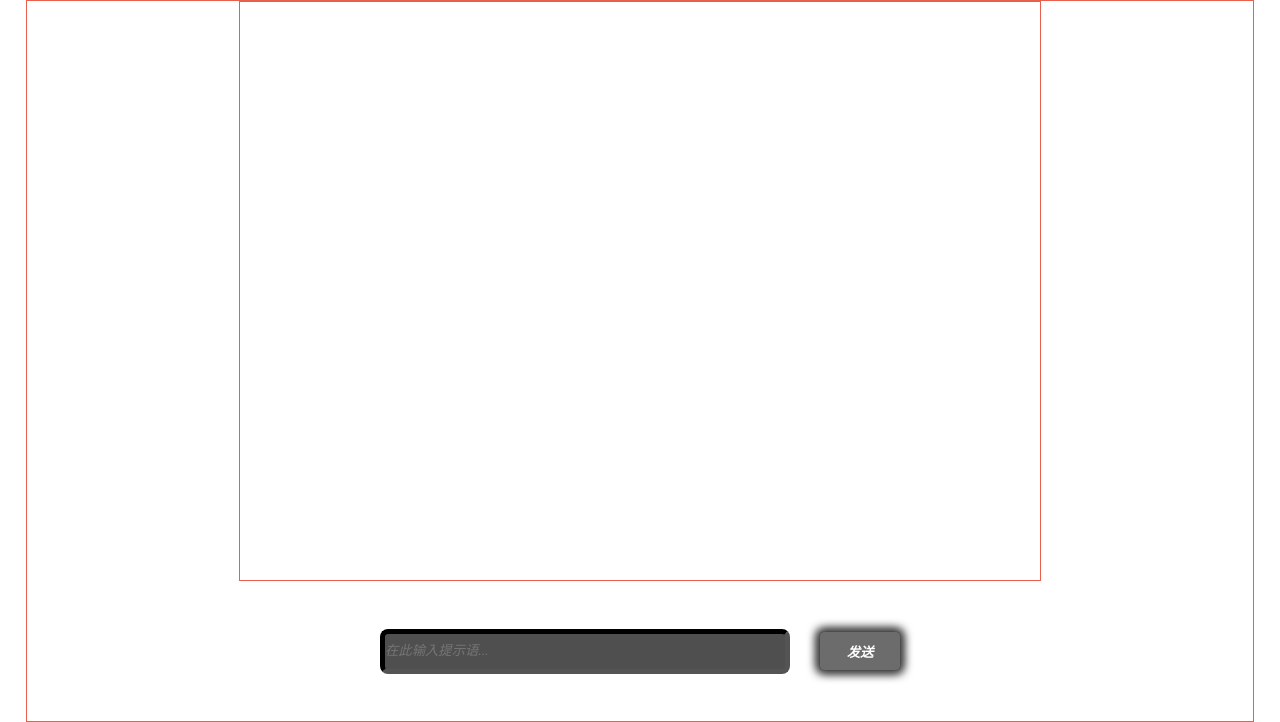
Repository: forFishbonein/chatbot-hao-gpt
Page: / (app in chat-bot-app/)
These files come from the project's save history. The page is drawn as it stood at one moment and after the next save; the edit follows.
The browser window is 1280 px wide. The pictures show the whole page.
The project was rebuilt for these pictures with package versions that can differ from the ones it lists, and the page was loaded fresh each time. Also part of the build but not shown: chat-bot-app/vite.config.js, chat-bot-app/src/components/background/ParticleAnimation.vue.

Above is the page before, as saved 2023-04-14 09:40:09.

### chat-bot-app/index.html
<!DOCTYPE html>
<html lang="en">

<head>
  <meta charset="UTF-8" />
  <link rel="icon" type="image/svg+xml" href="/vite.svg" />
  <meta name="viewport" content="width=device-width, initial-scale=1.0" />
  <title>Vite + Vue3.2 + TypeScript</title>
</head>

<body>
  <div id="app"></div>
  <script type="module" src="/src/main.ts"></script>
</body>

</html>

### chat-bot-app/src/main.ts
import { createApp } from "vue";
import pinia from "@/store";
import App from "./App.vue";
import router from "@/router";
import "@/assets/css/reset.css";
// 引入字体
// import "@/assets/fonts/font.css";
// 引入图标库
// import "@/assets/font/iconfont";
// 引入全局element-icon
import * as ElementPlusIconsVue from "@element-plus/icons-vue";

//创建实例
const setupAll = async () => {
  const app = createApp(App);
  app.use(router);
  app.use(pinia);
  for (const [key, component] of Object.entries(ElementPlusIconsVue)) {
    app.component(key, component);
  }
  app.mount("#app");
};
setupAll();

### chat-bot-app/src/components/BaseFooter.vue
<script setup lang="ts"></script>

<template>
  <div></div>
</template>

<style lang="scss" scoped></style>

### chat-bot-app/src/components/BaseHeader.vue
<script setup lang="ts"></script>

<template>
  <div></div>
</template>

<style lang="scss" scoped></style>

### chat-bot-app/src/store/index.ts
import { createPinia } from "pinia";
import piniaPluginPersistedstate from "pinia-plugin-persistedstate";
const pinia = createPinia();
pinia.use(piniaPluginPersistedstate);
export default pinia;

### chat-bot-app/src/App.vue
<script setup lang="ts">
console.log(
  "---环境变量----", // @ts-ignore
  import.meta.env
);
</script>
<template>
  <router-view></router-view>
</template>

<style>
/* .icon {
  width: 1.2em;
  height: 1.2em;
  vertical-align: -0.15em;
  fill: currentColor;
  overflow: hidden;
  color: #e8604c;
} */
#nprogress .bar {
  background-color: #c60b1e !important;
  border: 1px #c60b1e solid;
}
</style>

### chat-bot-app/src/router/index.ts
import {
  createRouter,
  createWebHashHistory,
  createWebHistory,
} from "vue-router";
import NProgress from "nprogress";
import "nprogress/nprogress.css";
import { mainStore } from "@/store/user";
import { UserInfo } from "@/apis/user/uInterface";

// 1. 定义路由组件， 注意，这里一定要使用 文件的全名（包含文件后缀名）
// import countIndex from "../pages/count/countIndex.vue";

// 2. 定义路由配置
import { routes } from "./router.config";

// 3. 创建路由实例
const router = createRouter({
  // history: createWebHashHistory(import.meta.env.VITE_PUBLIC_PATH),
  // @ts-ignore
  history: createWebHashHistory(import.meta.env.VITE_PUBLIC_PATH),
  routes,
  strict: true,
  scrollBehavior: () => ({ left: 0, top: 0 }),
});

NProgress.configure({
  easing: "ease", // 动画方式
  speed: 500, // 递增进度条的速度
  showSpinner: false, // 是否显示加载 icon
  trickleSpeed: 200, // 自动递增间隔
  minimum: 0.3, // 初始化时的最小百分比
});

// 4. 配置路由守卫
router.beforeEach((to, from, next) => {
  if (to.meta.title) {
    // @ts-ignore
    document.title = to.meta.title;
  }
  NProgress.start();
  const store = mainStore(); //移动到了路由守卫里面，否则persist不生效
  // 如果本地存在token;
  if (store.token !== "") {
    if (to.path === "/login" || to.path === "/register") {
      next({ path: "/" });
    } else {
      if (
        //@ts-ignore
        store.getUserFlag === false
      ) {
        store
          .getUserInfo() // 获取用户信息
          .then(async (res) => {
            // alert("获取用户信息成功");
            console.log("用户信息：");
            console.log(store.userInfo);
            console.log(store.userInfo.email);
            store.getUserFlag = true;
            next();
          })
          .catch(() => {
            //@ts-ignore
            ElMessage({
              type: "warning",
              message: "你的登录已过期！",
            });
            store.getUserFlag = false;
            store.userInfo = {} as UserInfo;
            next();
          });
      } else {
        // 如果已经获取到了用户信息
        next();
      }
    }
  } else {
    //如果本地不存在token //但如果是要去到需要登录的页面
    if (to.matched.some((r) => r.meta.requireLogin)) {
      store.getUserFlag = false;
      //@ts-ignore
      ElMessage({
        type: "warning",
        message: "登录后才能打开新天地哦！",
      });
      //@ts-ignore //不知道会不会出错
      router.push(-1);
    } else {
      next(); //其余不需要登录的页面就直接放开
    }
  }
});

router.afterEach((to, from, next) => {
  NProgress.done();
});

// 5. 导出router
export default router;

### chat-bot-app/src/assets/css/reset.css
/*解决8像素问题*/
body,
div,
dl,
dt,
dd,
ul,
ol,
li,
h1,
h2,
h3,
h4,
h5,
h6,
pre,
form,
fieldset,
legend,
input,
textarea,
button,
p,
blockquote,
th,
td {
    margin: 0;
    padding: 0;
}

/*文字自动居中*/
body {
    text-align: center;
    font-family: Helvetica Neue, Helvetica, Arial, Microsoft Yahei, Hiragino Sans GB, Heiti SC, WenQuanYi Micro Hei, sans-serif;
}

/*去掉前面的小圆点*/
ul,
ol,
li {
    list-style: none;
}

/*取消a的下划线*/
a {
    text-decoration: none;
    /*设置a的字体颜色，蓝色太丑了*/
    color: #333;
    /*设置链接变成小手*/
    cursor: pointer;
}

/*去掉边框，自动垂直居中*/
input,
button,
img,
select,
textarea {
    border: none;
    vertical-align: middle;
    outline: none;
    /*去掉选中产生的黑框*/
}

textarea {
    resize: none;
    /*禁止自动更改大小*/
    text-indent: 2em;
    /*首行缩进2字符*/
}

button {
    cursor: pointer;
}

/*居中板块*/
/*每一个板块都必须要套上wrap，要不然放大缩小会位置错乱*/
.wrap {
    width: 1226px;
    /*高度由内容撑开*/
    margin: 0 auto;
}

label {
    cursor: pointer;
}

### chat-bot-app/src/store/user.ts
import { defineStore } from "pinia";
import { UserInfo } from "@/apis/user/uInterface";
import { passLogin, logout } from "@/apis/user/login";
import { register } from "@/apis/user/register";
import { getUserInfo } from "@/apis/user/user";
import pinia from "@/store";
export interface UserState {
  userInfo: UserInfo;
  token: string;
  getUserFlag: boolean;
}
export const mainStore = defineStore("main", {
  persist: {
    key: "main",
    storage: window.localStorage,
  }, //开启缓存
  state: () =>
    ({
      userInfo: {
        // email: "",
      } as UserInfo,
      token: "",
      getUserFlag: false,
    } as UserState),
  getters: {},
  actions: {
    passLogin(passData: any) {
      return new Promise((resolve, reject) => {
        try {
          passLogin(passData).then((res) => {
            // @ts-ignore
            console.log(res.message);
            // @ts-ignore
            this.$state.token = res.message;
            // setToken(res.data);
            resolve(res);
          });
        } catch (error) {
          console.log(error);
          reject(error);
        }
      });
    },
    getUserInfo() {
      return new Promise((resolve, reject) => {
        getUserInfo(this.$state.token)
          .then((res) => {
            // @ts-ignore
            if (res.code === 2000) {
              this.$state.userInfo = res.data;
              resolve(res);
            } else {
              //@ts-ignore
              this.$state.userInfo = {} as UserInfo; //清空对象
              this.$state.getUserFlag = false;
              this.$state.token = "";
              // removeToken();
              resolve(res);
            }
          })
          .catch((error) => {
            //@ts-ignore
            this.$state.userInfo = {} as UserInfo; //清空对象
            this.$state.getUserFlag = false;
            this.$state.token = "";
            // removeToken();
            reject(error);
          });
      });
    },
    register(registerData: any) {
      return new Promise((resolve, reject) => {
        try {
          register(registerData).then((res) => {
            console.log(res.data);
            // 不会返回token
            // this.$state.token = res.data;
            // setToken(res.data);
            resolve(res);
          });
        } catch (error) {
          console.log(error);
          reject(error);
        }
      });
    },
    fedLogOut() {
      return new Promise((resolve, reject) => {
        try {
          this.$state.userInfo = {} as UserInfo; //清空对象
          // setFlag(false);
          this.$state.getUserFlag = false;
          this.$state.token = "";
          resolve("用户超时登出成功"); //这里传参不能为空，ts严格检查
        } catch (error) {
          reject(error);
        }
      });
    },
    logout() {
      return new Promise((resolve, reject) => {
        //@ts-ignore
        this.$state.userInfo = {} as UserInfo; //清空对象
        console.log(this.$state.userInfo);
        this.$state.token = ""; //重置token
        this.$state.getUserFlag = false; //改变用户信息标志变量
        // 调用后端接口，也可以不调用！
        // logout(this.$state.token)
        //   .then((res) => {
        //     console.log(res);
        //     if (res) {
        //       //@ts-ignore
        //       this.$state.userInfo = {} as UserInfo; //清空对象
        //       console.log(this.$state.userInfo);
        //       this.$state.token = ""; //重置token
        //       this.$state.getUserFlag = false; //改变用户信息标志变量
        //       resolve(res);
        //     }
        //   })
        //   .catch((error) => {
        //     console.log(error);
        //     reject(error);
        //   });
      });
    },
  },
});

### chat-bot-app/src/router/router.config.ts
import { RouteRecordRaw } from "vue-router";
// import Index from "@/Index.vue";

export const routes: Array<RouteRecordRaw> = [
  {
    path: "/",
    name: "Index", //App中包裹Index
    meta: {
      title: "首页",
      keepAlive: true,
      // requireLogin: true, //先加在这里，表示需要登录！
    },
    component: () => import("@/Index.vue"),
    // component: Index,
    redirect: "/chat", //Index中包裹Home等组件
    children: [
      {
        path: "/chat",
        name: "Chat",
        component: () => import("@/views/Chat.vue"), //这个不行，会加载不出来
        // component: Home,
        meta: { title: "首页", keepAlive: true, showTab: true },
      },
    ],
  },
];

### chat-bot-app/src/apis/user/login.ts
import httpRequest from "@/request";
import { passLoginInfo } from "@/apis/user/uInterface";
export const passLogin = (passData: passLoginInfo) => {
  // console.log(passData);
  return httpRequest({
    data: passData,
    method: "post",
    url: "/login",
    // loading: false, //显示加载圈
  });
};

export function logout(token: string) {
  return httpRequest({
    data: token,
    url: "/logout",
    method: "post",
    // loading: false,
  });
}

### chat-bot-app/src/apis/user/register.ts
import httpRequest from "@/request";
import { registerInfo } from "@/apis/user/uInterface";
// export const postCode = (email: string) => {
//   console.log(email);
//   return httpRequest({
//     data: email,
//     method: "post",
//     url: "http://localhost:8081/send",
//   });
// };

export const register = (registerData: registerInfo) => {
  // console.log(registerData);
  return httpRequest({
    data: registerData,
    method: "post",
    url: "/user/info",
    // loading: false,
  });
};

### chat-bot-app/src/apis/user/user.ts
import httpRequest from "@request/index";
import { UserInfo } from "@/apis/user/uInterface";
export const getUserInfo = (token: string) => {
  return httpRequest({
    url: "/token",
    method: "get",
    headers: { Authorization: token },
    loading: false, //这里好像必须开启，不知道为啥！！！这样有token时配合路由监测进主页的时候才不会报错！
  });
};
export const getUserInfoById = (userId: string) => {
  return httpRequest({
    url: `http://localhost:8081/user/${userId}`,
    method: "get",
    // loading: false,
  });
};

/* 修改用户信息 */
export const modifyUserInfo = (userInfo: UserInfo) => {
  return httpRequest({
    data: userInfo,
    method: "post",
    url: "/user/info",
    // loading: false,
  });
};

/* 修改密码 */
export const modifyUserPass = (data: any) => {
  return httpRequest({
    url: "http://localhost:8081/user/updatepassword",
    method: "put",
    data: data,
    // loading: false,
  });
};

/* 更新头像 */
export const updateUserAvater = (userId: string, imgUrl: string) => {
  return httpRequest({
    url: "http://localhost:8081/user/updatehead",
    method: "put",
    data: {
      id: userId,
      url: imgUrl,
    },
    // loading: false,
  });
};

### chat-bot-app/src/Index.vue
<script setup lang="ts">
import { onMounted } from "vue";
import { useRoute } from "vue-router";
import { useRouter } from "vue-router";
const route = useRoute();
const router = useRouter();
onMounted(() => {});
</script>
<template>
  <div class="page-wrapper">
    <BaseHeader></BaseHeader>
    <router-view v-slot="{ Component }">
      <!-- <keep-alive v-if="$route.meta.keepAlive"> -->
      <!-- 只有在一个容器切换时alive才生效，并且只有include可以生效，meta不行 -->
      <keep-alive :include="['Home']">
        <component :is="Component" />
      </keep-alive>
      <!-- <component :is="Component" v-else /> -->
    </router-view>
    <BaseFooter></BaseFooter>
  </div>
</template>

<style lang="scss" scoped></style>

### chat-bot-app/src/views/Chat.vue
<script setup lang="ts">
import { ref, reactive, defineExpose, onMounted } from "vue";
import { useRouter } from "vue-router";
import { sendMessage } from "@/apis/chat";
import { resultMessagesType } from "@/apis/Interface";
let prompt = ref("");
let messages = ref([] as resultMessagesType[]);
const clickToSend = () => {
  const data = { message: prompt.value };
  sendMessage(data).then((res) => {
    messages.value.push({ content: prompt.value, isBot: false });
    messages.value.push({ content: res.data.content, isBot: true });
    prompt.value = "";
  });
};
onMounted(() => {
  let mainContainer = document.getElementById("main-container");
  //用于使map自适应高度和宽度,通过窗体高宽计算容器高宽
  let resizeMainContainer = function () {
    // @ts-ignore
    // mainContainer.style.width = window.innerWidth + "px";
    mainContainer.style.width = "1226px";
    // @ts-ignore
    mainContainer.style.height = window.innerHeight + "px";
  };
  //设置容器高宽
  resizeMainContainer();
});
</script>
<template>
  <div id="main-container">
    <div class="message-wapper">
      <div class="messages">
        <div v-for="(m, i) in messages" :key="i" class="line-block">
          <div v-if="m.isBot" class="bot-say">
            <img src="@/assets/img/bot.png" />
            <div>{{ m.content }}</div>
          </div>
          <div v-else class="my-say">
            <div>{{ m.content }}</div>
            <img src="@/assets/img/people.png" />
          </div>
        </div>
      </div>
      <div class="operate-board">
        <input
          v-model="prompt"
          type="text"
          placeholder="在此输入提示语..."
          class="inputStyle"
        />
        <button @click="clickToSend" class="buttonStyle">发送</button>
      </div>
    </div>
  </div>
</template>

<style lang="scss" scoped>
#main-container {
  // width: 1000px;
  // height: 800px;
  margin: 0 auto;
  border: 1px #e8604c solid;
}
.message-wapper {
  width: 800px;
  height: 100%;
  margin: 0 auto;
  display: flex;
  flex-direction: column;
  justify-content: center;
  align-items: center;
  .messages {
    width: 800px;
    height: 80%;
    position: relative;
    border: 1px #e8604c solid;
    padding-top: 20px;

    .line-block {
      width: 100%;
      height: 40px;
    }
    .my-say {
      display: flex;
      justify-content: center;
      align-items: center;
      position: absolute;
      right: 10px;
      img {
        width: 40px;
        height: 40px;
        display: inline-block;
        cursor: pointer;
      }
      div {
        background-color: black;
        color: rgb(255, 255, 255);
        font-size: 14px;
        padding: 10px;
        border-radius: 10px;
        box-shadow: 0 0 1px #272727, 0 0 10px 2px #3c3c3c, 0 0 10px 4px #4f4f4f;
        margin-right: 20px;
      }
    }
    .bot-say {
      display: flex;
      justify-content: center;
      align-items: center;
      position: absolute;
      left: 10px;
      img {
        width: 40px;
        height: 40px;
        display: inline-block;
        cursor: pointer;
      }
      div {
        background-color: black;
        color: rgb(255, 255, 255);
        font-size: 14px;
        padding: 10px;
        border-radius: 10px;
        box-shadow: 0 0 1px #272727, 0 0 10px 2px #3c3c3c, 0 0 10px 4px #4f4f4f;
        margin-left: 20px;
      }
    }
  }
  .operate-board {
    // position: absolute;
    // bottom: 0px;
    width: 800px;
    height: 20%;
    display: flex;
    justify-content: center;
    align-items: center;
  }
}

.buttonStyle {
  height: 38px;
  width: 80px;
  border: 0;
  background-color: #6c6c6c;
  box-shadow: 0 0 1px #272727, 0 0 10px 2px #3c3c3c, 0 0 10px 4px #4f4f4f;
  border-radius: 4px;
  font-family: Calibri;
  font-weight: 800;
  font-style: italic;
  color: rgb(255, 255, 255);
  cursor: pointer;
  margin-left: 30px;
}
.buttonStyle:hover {
  animation: buttonEffect 0.4s linear;
  transition-timing-function: linear;
}
.buttonStyle:active {
  transform: scale(1.2);
  bottom: -3px;
  transition-timing-function: ease-in-out;
}
@keyframes buttonEffect {
  0% {
    background: radial-gradient(ellipse 20px 8px, white, black, black);
  }
  20% {
    background: radial-gradient(ellipse 30px 12px, white, black, black);
  }
  40% {
    background: radial-gradient(ellipse 40px 16px, white, black, black);
  }
  60% {
    background: radial-gradient(ellipse 50px 20px, white, black, black);
  }
  80% {
    background: radial-gradient(ellipse 60px 24px, white, black, black);
  }
  100% {
    background: radial-gradient(ellipse 70px 280px, white, black, black);
  }
}
.inputStyle {
  width: 400px;
  height: 35px;
  background-color: #4f4f4f;
  border-radius: 8px;
  border-width: 5px 5px 5px 5px;
  border-style: inset;
  border-color: black;
  font-family: "Droid Sans Mono Slashed";
  font-weight: 300;
  font-style: italic;
  color: rgb(255, 255, 255);
}
.inputStyle:focus {
  background-color: black;
}
.inputStyle:hover {
  animation: inputEffect 0.8s linear;
  transition-timing-function: linear;
}
@keyframes inputEffect {
  0% {
    border-top-color: rgb(255, 255, 255);
    background: linear-gradient(to right, rgb(255, 255, 255), black 20%);
  }
  25% {
    border-right-color: rgb(255, 255, 255);
    background: linear-gradient(to right, rgb(255, 255, 255), black 40%);
  }
  50% {
    border-bottom-color: rgb(255, 255, 255);
    background: linear-gradient(to right, rgb(255, 255, 255), black 60%);
  }
  75% {
    border-left-color: rgb(255, 255, 255);
    background: linear-gradient(to right, rgb(255, 255, 255), black 80%);
  }
  100% {
    border-color: cyan;
    background: linear-gradient(to right, rgb(255, 255, 255), black 100%);
  }
}
</style>

### chat-bot-app/src/request/index.ts
/**
 * @description [ axios 请求封装]
 */
// 根据环境不同引入不同api地址
import { config } from "@/config";
import { Message } from "@/utils/resetMessage";
import axios, { AxiosResponse, AxiosRequestConfig } from "axios";
// import { store } from "@/main";

const service = axios.create({
  baseURL: config.baseApi, // 所有的请求地址前缀部分
  timeout: 20000, // 请求超时时间毫秒
  // withCredentials: true, // 异步请求携带cookie
  headers: {
    // 设置后端需要的传参类型
    "Content-Type": "application/json",
    // token: "your token",
    "X-Requested-With": "XMLHttpRequest",
  },
});

service.interceptors.request.use(
  //@ts-ignore
  (config: AxiosRequestConfig) => {
    // alert(store.pinia); //最早在这里可以获取
    // 加载动画
    // if (config.loading) {
    //   //@ts-ignore
    //   ElLoading.service({
    //     lock: true,
    //     text: "Loading...",
    //     background: "rgba(0, 0, 0, 0.05)",
    //   });
    // }

    // 在此处添加请求头等，如添加 token，这样登录之后每次请求都会自动带上token，实际上在apis中就不需要写token了
    // if (store.token) {
    //   //@ts-ignore
    //   config.headers["Authorization"] = store.token;
    // }

    return config;
  },
  (error: any) => {
    Promise.reject(error);
  }
);

service.interceptors.response.use(
  (response) => {
    //@ts-ignore //并不会创建一个新的loading
    // const loading = ElLoading.service({
    //   lock: true,
    //   text: "Loading",
    //   background: "rgba(0, 0, 0, 0.05)",
    // });
    // loading.close();

    // session过期？
    // if (response.headers["session_time_out"] == "timeout") {
    //   store.fedLogOut();
    // }

    // const res = response.data; //返回数据就是Promise的data，即整个后端返回的对象
    // if (res.code !== 2000) {
    //   console.log(response);
    //   console.log(res);
    //   console.log("code不为2000,默认报错!!!!要加一下code");
    //   // token 过期
    //   if (res.code === 401) {
    //     // 警告提示窗
    //     Message({
    //       type: "warning",
    //       message: res.msg,
    //     });
    //     return;
    //   }
    //   if (res.code == 403) {
    //     Message({
    //       type: "warning",
    //       message: res.msg,
    //     });
    //     return;
    //   }
    //   if (res.code == 500204) {
    //     Message({
    //       type: "error",
    //       message: res.msg,
    //     });
    //     return;
    //   }
    //   if (res.code == 500202) {
    //     Message({
    //       type: "error",
    //       message: res.msg,
    //     });
    //     return;
    //   }
    //   // 若后台返回错误值，此处返回对应错误对象，下面 error 就会接收
    //   return Promise.reject(new Error(res.msg || "Error"));
    // } else {
    //   // 注意返回值
    //   return response.data;
    // }
    return response;
  },
  (error: any) => {
    if (error && error.response) {
      switch (error.response.status) {
        case 400:
          error.message = "请求错误(400)";
          break;
        case 401:
          error.message = "未授权,请登录(401)";
          break;
        case 403:
          error.message = "拒绝访问(403)";
          break;
        case 404:
          error.message = `请求地址出错: ${error.response.config.url}`;
          break;
        case 405:
          error.message = "请求方法未允许(405)";
          break;
        case 408:
          error.message = "请求超时(408)";
          break;
        case 500:
          error.message = "服务器内部错误(500)";
          break;
        case 501:
          error.message = "服务未实现(501)";
          break;
        case 502:
          error.message = "网络错误(502)";
          break;
        case 503:
          error.message = "服务不可用(503)";
          break;
        case 504:
          error.message = "网络超时(504)";
          break;
        case 505:
          error.message = "HTTP版本不受支持(505)";
          break;
        default:
          error.message = `连接错误: ${error.message}`;
      }
    } else {
      if (error.message == "Network Error") {
        error.message == "网络异常，请检查后重试！";
      }
      error.message = "网络出了点小差错，请稍后再试~";
    }
    Message({
      type: "warning",
      message: error.message,
    });
    // store.auth.clearAuth()
    // store.dispatch('clearAuth')
    return Promise.reject(error);
  }
);

export default service;

### chat-bot-app/src/apis/chat.ts
import httpRequest from "@/request";
import { promptType } from "@/apis/Interface";
export const sendMessage = (data: promptType) => {
  // console.log(passData);
  return httpRequest({
    data: data,
    method: "post",
    url: "/chatbot/talk",
    // loading: false, //显示加载圈
  });
};

### chat-bot-app/src/config/index.ts
export interface IConfig {
  env: string; // 开发环境
  mock?: string; // mock数据
  title: string; // 项目title
  baseUrl?: string; // 项目地址
  baseApi?: string; // api请求地址
}
const envMap = {};
const globalModules = import.meta.globEager("./*.ts");
Object.entries(globalModules).forEach(([key, value]) => {
  // key.match(/\.\/env\.(\S*)\.ts/)
  const name = key.replace(/\.\/env\.(.*)\.ts$/, "$1");
  envMap[name] = value;
});

// 根据环境引入不同配置
export const config = envMap[import.meta.env.VITE_ENV].default;
console.log("根据环境引入不同配置", config);

### chat-bot-app/src/utils/resetMessage.ts
let messageInstance: any | null = null;

//封装ElMessage的函数：
const resetMessage = (options) => {
  if (messageInstance && messageInstance.close) {
    messageInstance.close();
  }
  //@ts-ignore
  messageInstance = ElMessage(options);
};

//识别resetMessage函数的参数类型，以适应.success等函数
["error", "success", "info", "warning"].forEach((type) => {
  resetMessage[type] = (options: any) => {
    if (typeof options === "string") {
      options = {
        message: options,
      };
    }
    options.type = type;
    return resetMessage(options);
  };
});
export const Message = resetMessage;

### chat-bot-app/src/config/env.development.ts
// 本地环境配置
export default {
  env: "development",
  mock: true,
  title: "开发",
  baseUrl: "", // 项目地址
  baseApi: "http://127.0.0.1:8080", // 本地api请求地址,注意：如果你使用了代理，请设置成'/'
};

### chat-bot-app/src/config/env.production.ts
// 正式
export default {
  env: "production",
  mock: true,
  title: "生产",
  baseUrl: "", // 正式项目地址
  baseApi: "http://xxx:8080", // 正式api请求地址
};

### chat-bot-app/src/config/env.test.ts
export default {
  env: "test",
  mock: false,
  title: "测试",
  baseUrl: "https://test.xxx.com", // 测试项目地址
  baseApi: "https://test.xxx.com/api", // 测试api请求地址
};

After the next save:
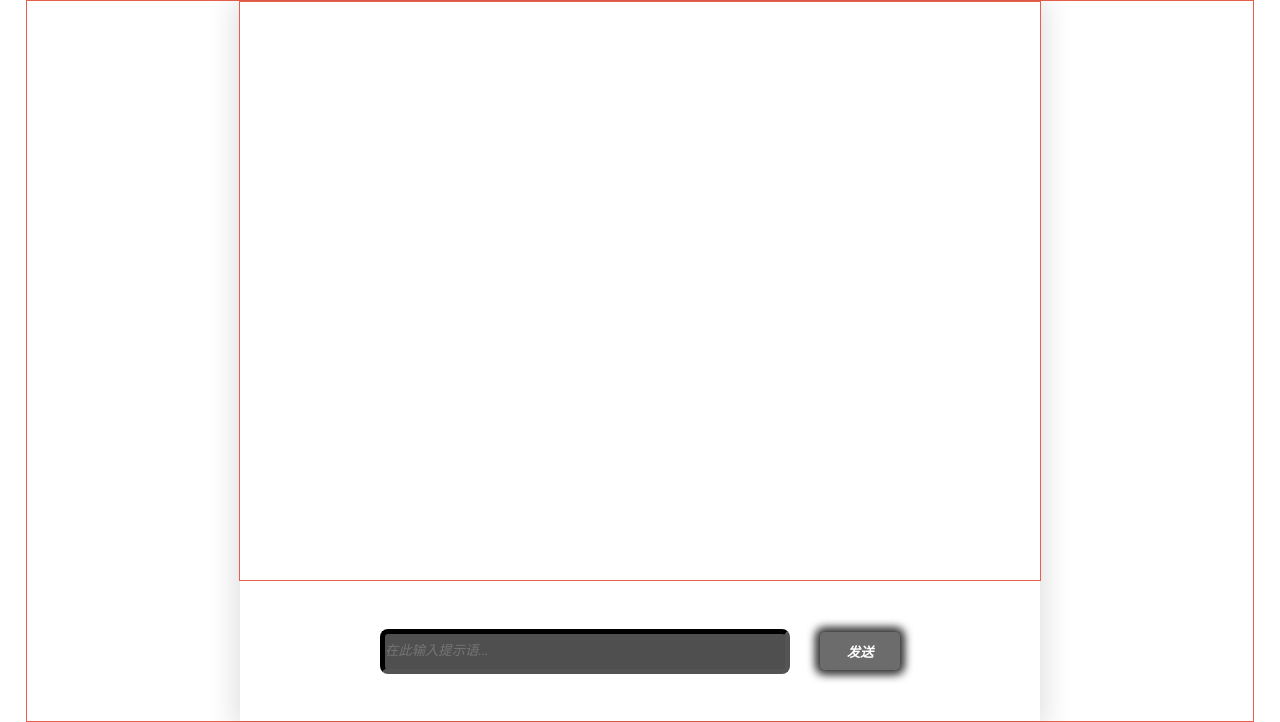
Saved 27 s later.
--- a/chat-bot-app/src/views/Chat.vue
+++ b/chat-bot-app/src/views/Chat.vue
@@ -70,6 +70,7 @@
   flex-direction: column;
   justify-content: center;
   align-items: center;
+  box-shadow: 0 2px 27px 6px rgba(0, 0, 0, 0.12);
   .messages {
     width: 800px;
     height: 80%;
